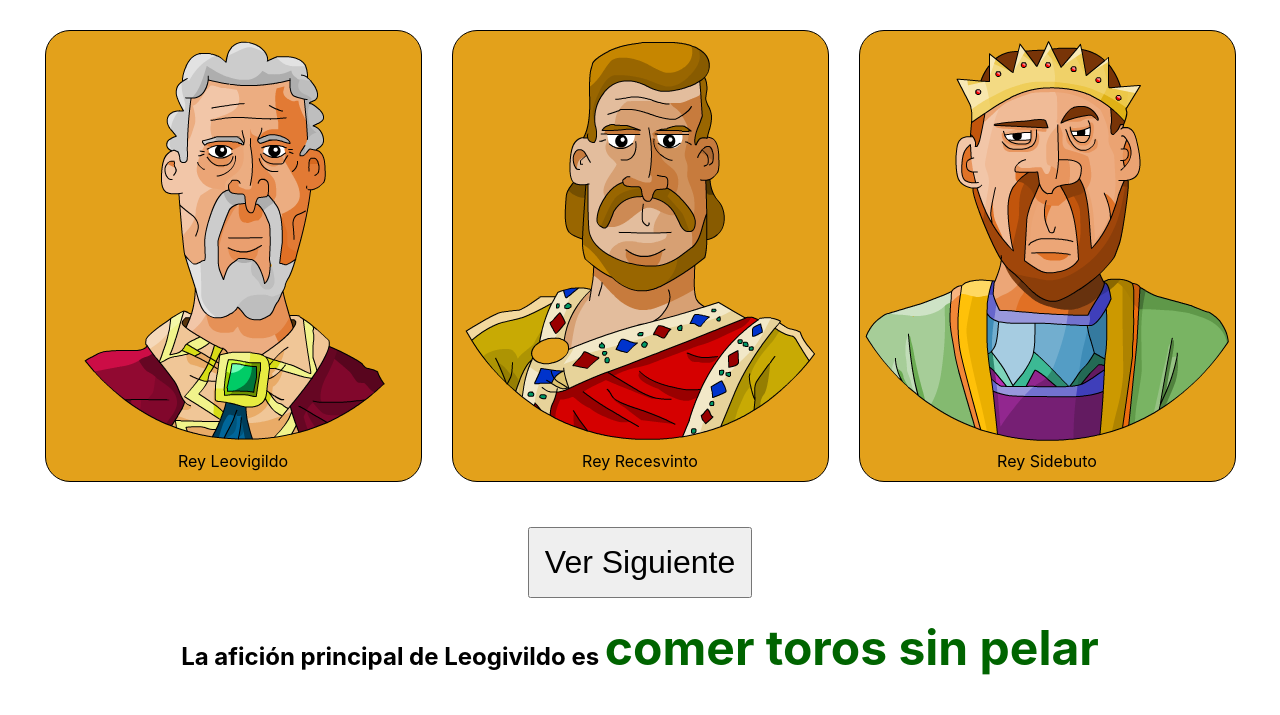
Repository: abgdev1997/ejercicios-react
Page: /
An editor plug-in stored every save of this project. The page is shown before and after the next save, followed by the edit.
The browser window is 1280 px wide. The pictures show the whole page.
The project was rebuilt for these pictures with package versions that can differ from the ones it lists, and the page was loaded fresh each time.

Above is the page before, as saved 2022-02-22 13:39:25.

After the next save:
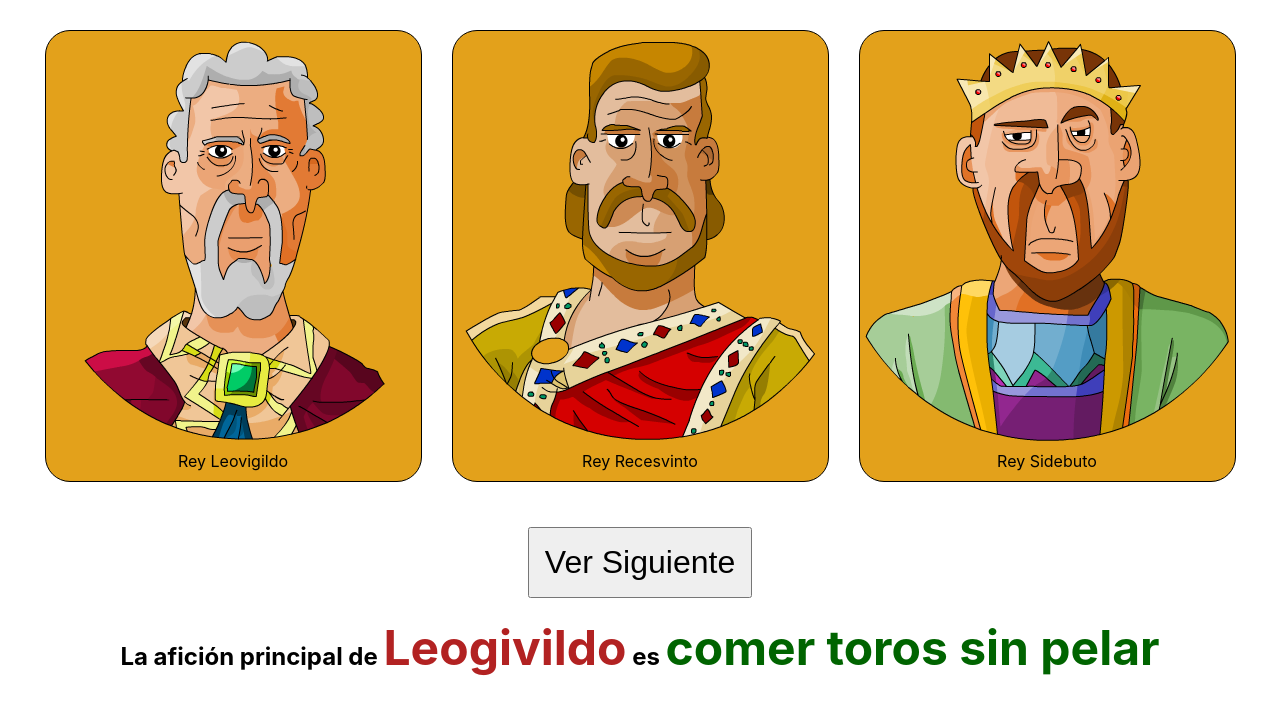
Saved 31 s later.
--- a/src/App.css
+++ b/src/App.css
@@ -45,3 +45,8 @@
   color: darkgreen;
   font-size: 3rem;
 }
+
+.textoRojo{
+  color: firebrick;
+  font-size: 3rem;
+}
